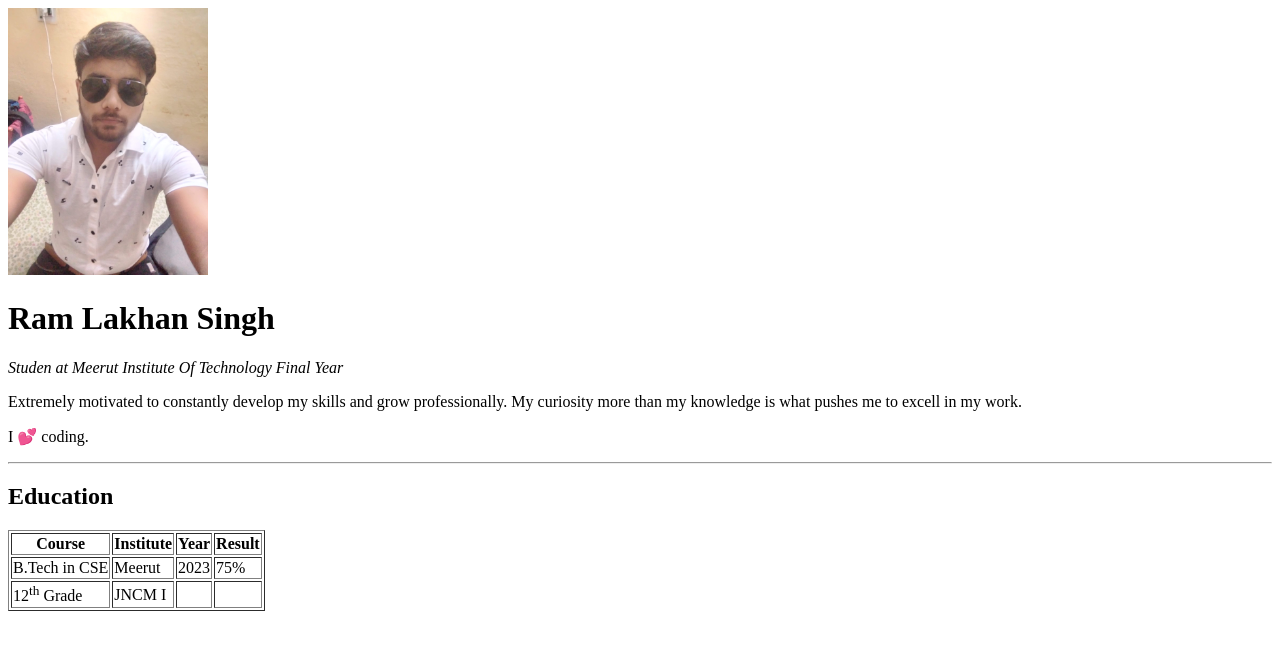
Repository: ramlakhan1/resume1
Page: resume.html
An editor plug-in stored every save of this project. The page is shown before and after the next save, followed by the edit.
The browser window is 1280 px wide. The pictures show the whole page.

Above is the page before, as saved 2022-11-05 14:22:25.

### resume.html
<!DOCTYPE html>
<html lang="en">
<head>
    <meta charset="UTF-8">
    <meta http-equiv="X-UA-Compatible" content="IE=edge">
    <meta name="viewport" content="width=device-width, initial-scale=1.0">
    <title>Ram's Resume</title>
</head>
<body>
    <img width="200" src="2.jpg" alt="Ram Lakhan photo">
    <h1>Ram Lakhan Singh</h1>
    <p><i>Studen at Meerut Institute Of Technology Final Year</i></p>
    <p>Extremely motivated to constantly develop my skills and grow professionally. My curiosity more than my knowledge is what pushes me
        to excell in my work.</p>
        <p>I 💕 coding.</p>
        <hr>

        <!-- Header ends -->
        <h2>Education</h2>
        <table border=" ">
            <tr>
                <th>Course</th>
                <th>Institute</th>
                <th>Year</th>
                <th>Result</th>
            </tr>
            <tr>
                <td>B.Tech in CSE</td>
                <td>Meerut</td>
                <td>2023</td>
                <td>75%</td>
            </tr>
            <tr>
                <td>12<sup>th</sup> Grade</td>
                <td>JNCM I</td>
                <td></td>
                <td></td>
            </tr>
        </table>
</body>
</html>

After the next save:
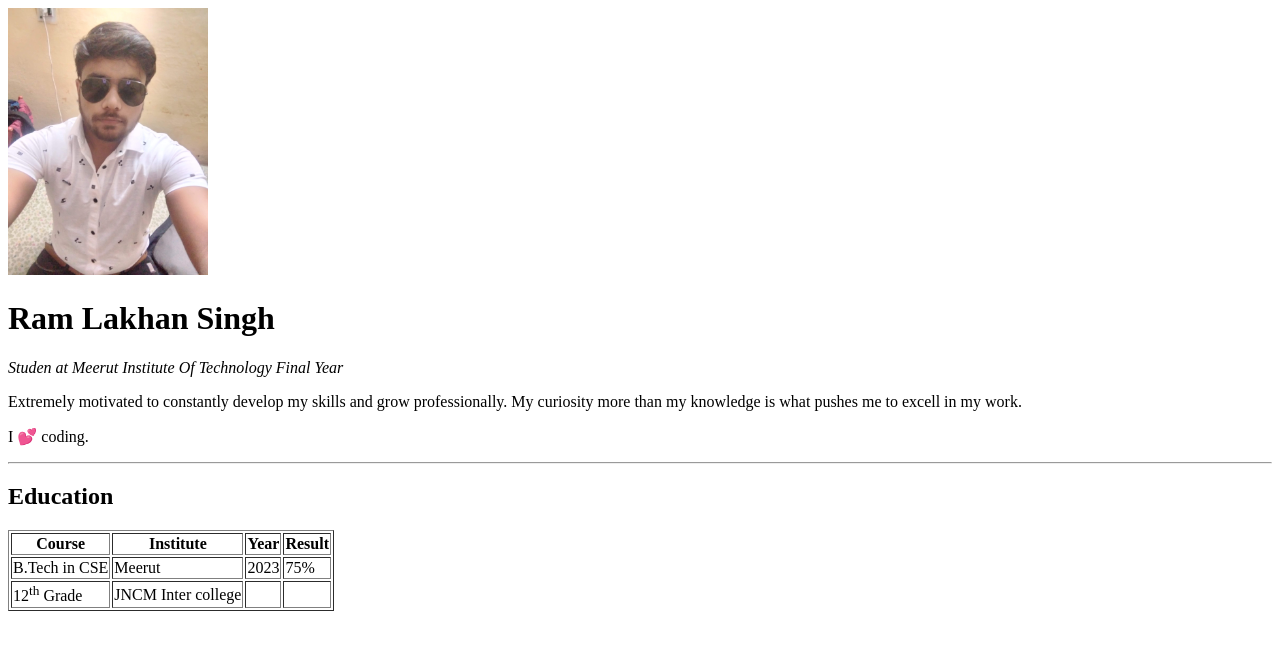
Saved 5 s later.
--- a/resume.html
+++ b/resume.html
@@ -32,7 +32,7 @@
             </tr>
             <tr>
                 <td>12<sup>th</sup> Grade</td>
-                <td>JNCM I</td>
+                <td>JNCM Inter college</td>
                 <td></td>
                 <td></td>
             </tr>
